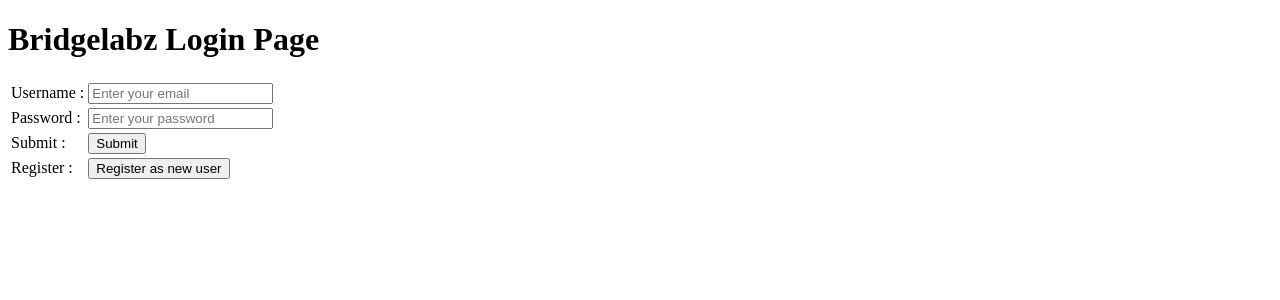
Repository: MarkFernandes11/Advanced-Java
Page: http://localhost/LoginPage1/
An editor plug-in stored every save of this project. The page is shown before and after the next save, followed by the edit.
The browser window is 1280 px wide. The pictures show the whole page.
The page is served by Tomcat 9.

Above is the page before, as saved 2019-09-23 08:39:16.

After the next save:
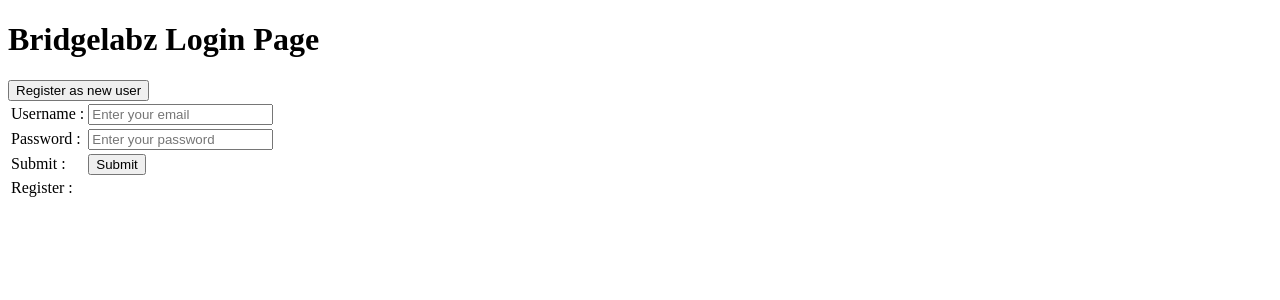
Saved 79 s later.
--- a/LoginPage1/WebContent/index.jsp
+++ b/LoginPage1/WebContent/index.jsp
@@ -23,7 +23,7 @@
 
 			<tr><td>Submit : </td><td><input type = "submit" value = "Submit"></td></tr>
 
-			<tr><td>Register : </td><td><a href = "http://google.com"><input type = "submit" value = "Register as new user"></a></td></tr>
+			<tr><td>Register : </td><a href = "registration.jsp"><input type = "submit" value = "Register as new user"></a></tr>
 
 		</table>
 	</form>

After the save that followed:
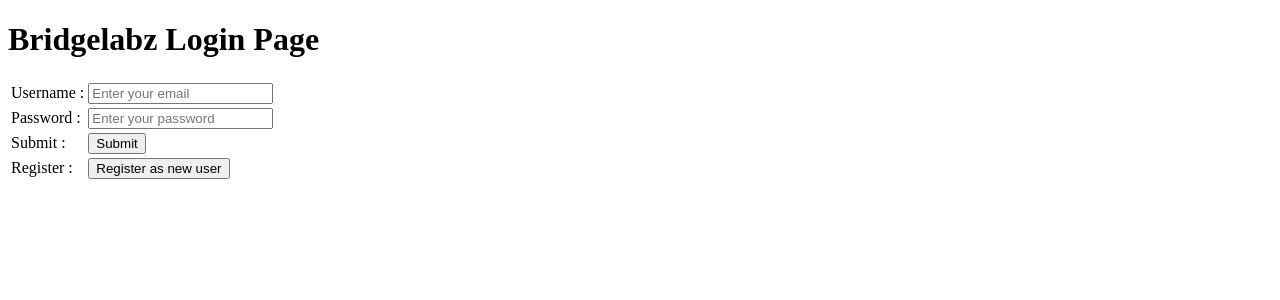
Saved 65 s later.
--- a/LoginPage1/WebContent/index.jsp
+++ b/LoginPage1/WebContent/index.jsp
@@ -23,7 +23,7 @@
 
 			<tr><td>Submit : </td><td><input type = "submit" value = "Submit"></td></tr>
 
-			<tr><td>Register : </td><a href = "registration.jsp"><input type = "submit" value = "Register as new user"></a></tr>
+			<tr><td>Register : </td><td><a href = "registration.jsp"><input type = "submit" value = "Register as new user"></a></td></tr>
 
 		</table>
 	</form>
